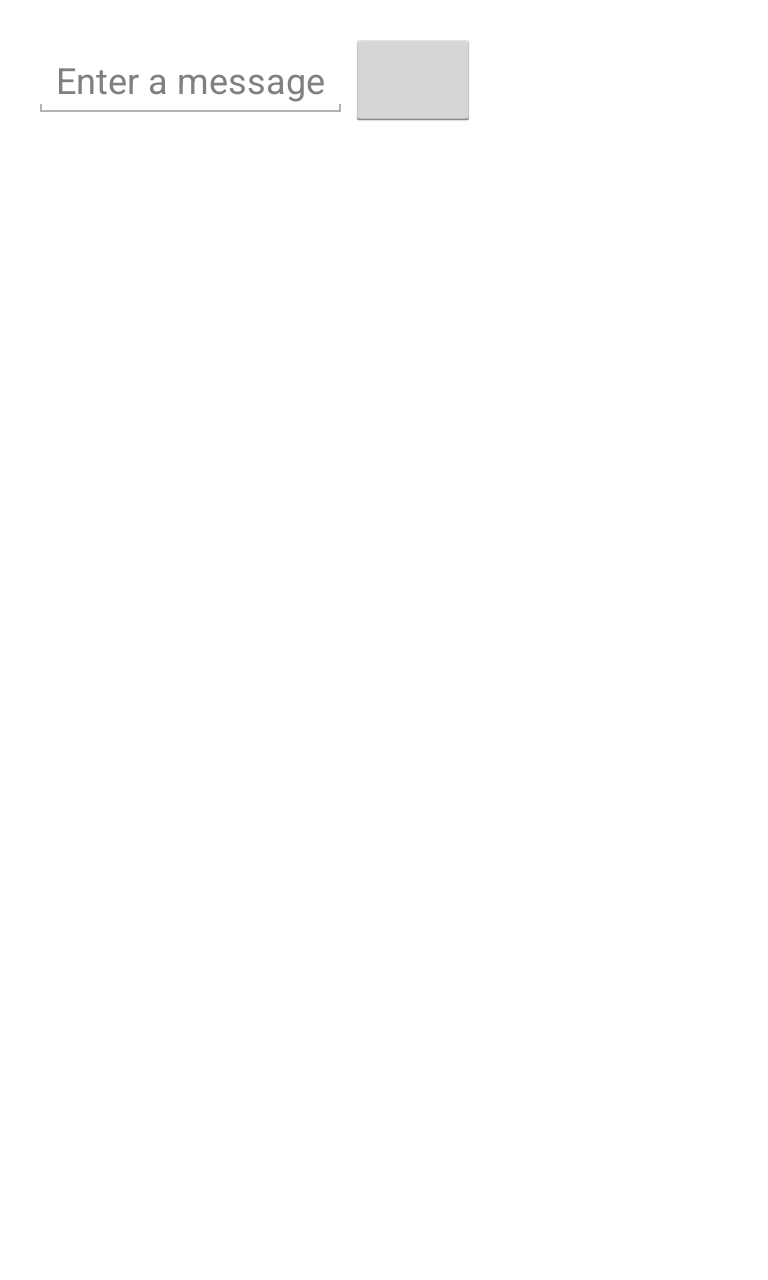
Repository: teambonobo/kanzi
Layout: Android/Kanzi_ADT/Kanzi/res/layout/activity_main.xml
An editor plug-in stored every save of this project. The layout is shown before and after a run of saves, followed by the edit.
It is drawn on a 768 x 1280 px phone screen (xhdpi) without system bars, with theme AppTheme; the app's code is not run.

Above is the layout before, as saved 2013-10-05 04:30:57.

### Android/Kanzi_ADT/Kanzi/res/layout/activity_main.xml
<LinearLayout xmlns:android="http://schemas.android.com/apk/res/android"
    xmlns:tools="http://schemas.android.com/tools"
    android:layout_width="match_parent"
    android:layout_height="match_parent"
    android:paddingBottom="@dimen/activity_vertical_margin"
    android:paddingLeft="@dimen/activity_horizontal_margin"
    android:paddingRight="@dimen/activity_horizontal_margin"
    android:paddingTop="@dimen/activity_vertical_margin"
    tools:context=".MainActivity"
    android:orientation="horizontal" >

     <EditText android:id="@+id/edit_message"
        android:layout_width="wrap_content"
        android:layout_height="wrap_content"
        android:hint="@string/edit_message" />

     <Button android:id="@+id/button_send"
         android:layout_width="wrap_content"
         android:layout_height="wrap_content"
         />


</LinearLayout>

### Android/Kanzi_ADT/Kanzi/res/values/strings.xml
<?xml version="1.0" encoding="utf-8"?>
<resources>

    <string name="app_name">Kanzi</string>
    <string name="action_settings">Settings</string>
    <string name="hello_world">Hello world!</string>
    <string name="edit_message">Enter a message</string>
    <string name="button_submit">Submit</string>

</resources>

Loaded but not shown: Android/Kanzi_ADT/Kanzi/res/values/styles.xml (common file); Android/Kanzi_ADT/Kanzi/res/values-v11/styles.xml (common file); Android/Kanzi_ADT/Kanzi/res/values-v14/styles.xml (common file); Android/Kanzi_ADT/Kanzi/res/values/dimens.xml (common file)

After the next 2 saves:
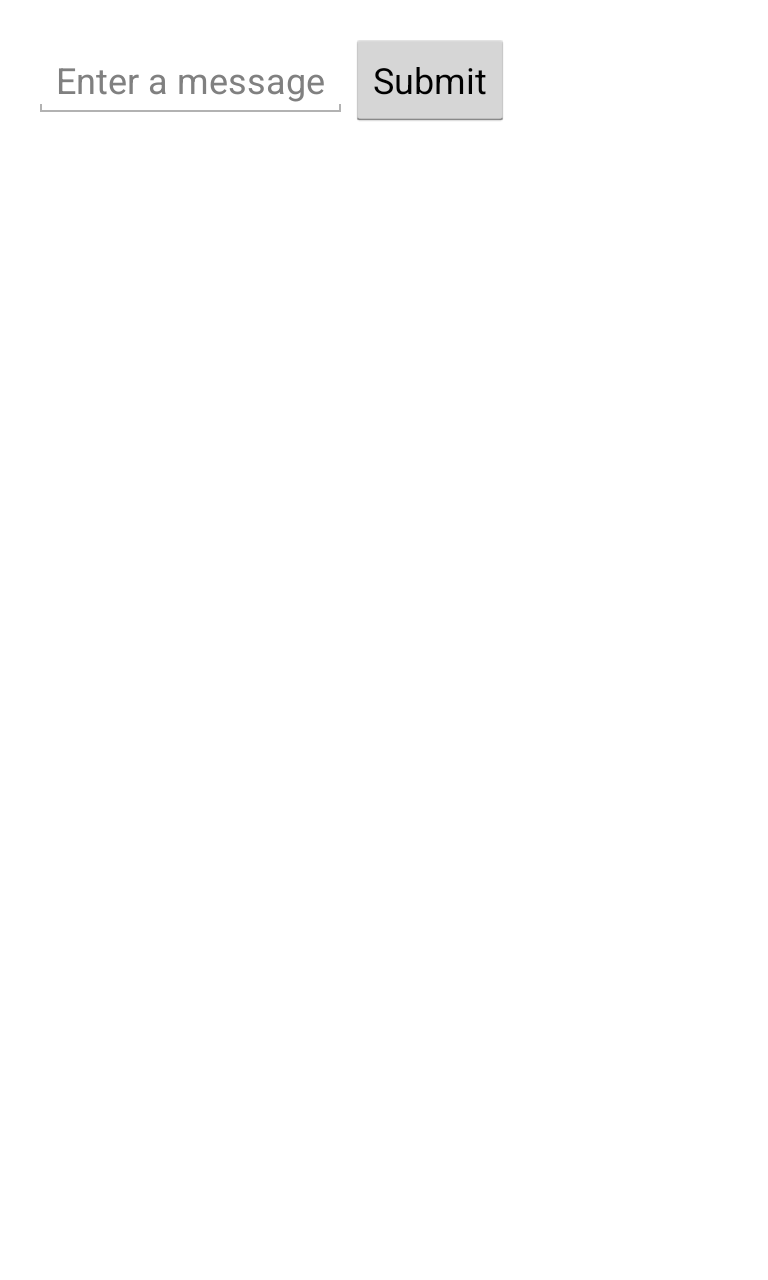
The 2 saves are shown as one change because 1 did not build or start.
The last was saved 64 s later.
--- a/Android/Kanzi_ADT/Kanzi/res/layout/activity_main.xml
+++ b/Android/Kanzi_ADT/Kanzi/res/layout/activity_main.xml
@@ -17,6 +17,7 @@
      <Button android:id="@+id/button_send"
          android:layout_width="wrap_content"
          android:layout_height="wrap_content"
+         android:text="@string/button_submit"
          />
 
 
